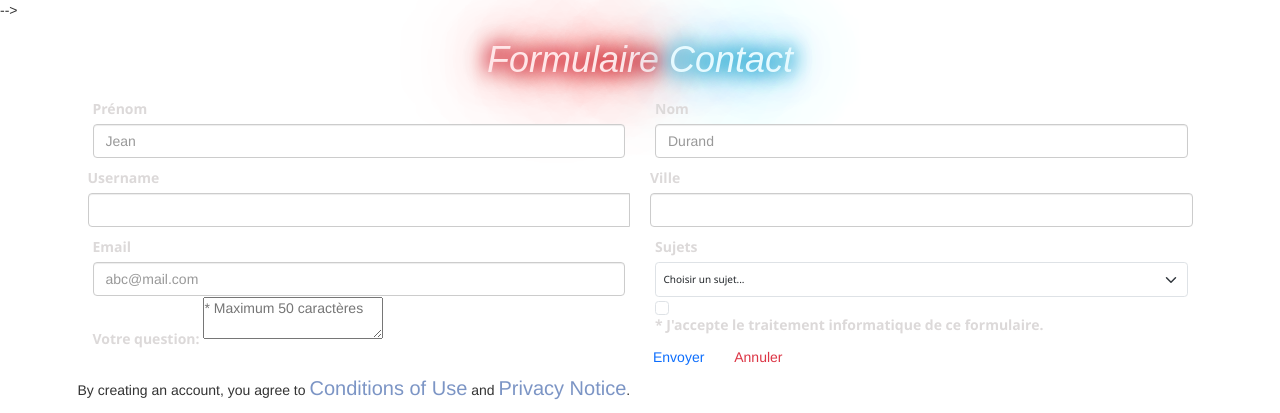
Repository: fab5052/Site
Page: contact.html
An editor plug-in stored every save of this project. The page is shown before and after the next save, followed by the edit.
The browser window is 1280 px wide. The pictures show the part of the page from y = 646 to 1289 px (the page is 1059 px tall before and 1289 px after).
Backgrounds fixed to the window are drawn as part of the page. Some web libraries are served in a nearby version.

Above is the page before, as saved 2024-03-13 20:01:36.

After the next save:
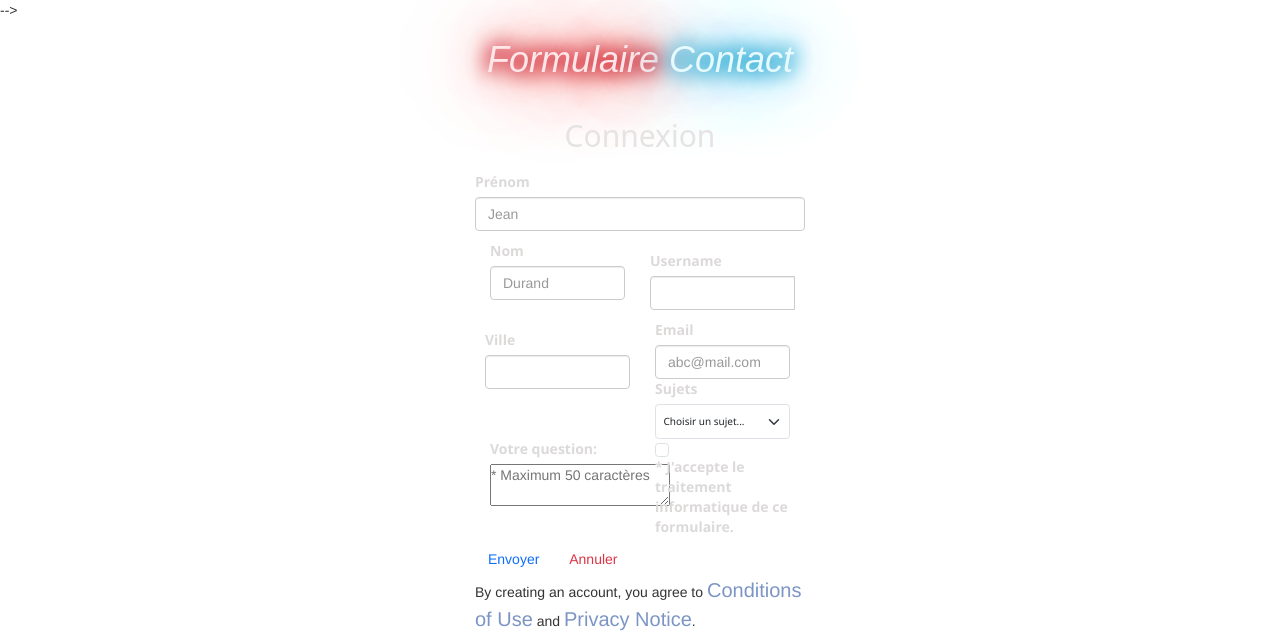
Saved 2 min 20 s later.
--- a/contact.html
+++ b/contact.html
@@ -183,14 +183,15 @@
 
 
 
-
-
-  <div class="container col-3 justify-content-center position-relative ">
-    <div class="row ">
+<div class="container">
+  <div class="row justify-content-center">
+    <div class="col-md-4">
+      <h2 class="mt-5 mb-3 text-center">Connexion</h2>
+      <form method="POST" name="connexion" id="validationCustom" class="needs-validation" novalidate>
+        <div class="mb-3">
 
  <form method="POST" name="inscription" id="validationCustom" class=" needs-validation " novalidate>
 
-        <div class="col-md-6 ">
        <span>   <label for="validationCustom01" class="form-label">Prénom</label></span>
           <input type="text" class="form-control" id="validationCustom01" placeholder="Jean" required>
           <div class="valid-feedback">Semble correcte!</div>
@@ -200,14 +201,14 @@
         <div class="col-md-6 ">
           <div class="valid-feedback">Semble correcte!</div>
           <span> <label for="validationCustom02" class="form-label">Nom</label></span>
-          <input type="text" class="form-control" id="validationCustom02" placeholder="Durand" required>
+          <input type="text" class="form-control" id="validationCustom01" placeholder="Durand" required>
         </div>
 
 
         <div class="col-md-6 p-3">
           <span><label for="validationCustomUsername" class="form-label">Username</label></span>
           <div class="input-group has-validation">
-            <input type="text" class="form-control" id="validationCustomUsername" aria-describedby="inputGroupPrepend"
+            <input type="text" class="form-control" id="validationCustom01" aria-describedby="inputGroupPrepend"
               required>
             <div class="valid-feedback">Semble correcte!</div>
             <div class="invalid-feedback">Choisissez un nom d'utilisateur entre 8 et 12 caractères.</div>
